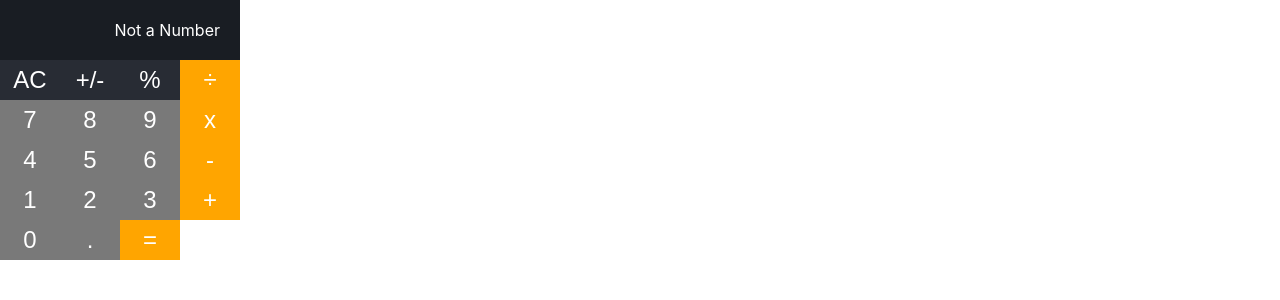
Repository: catsarenotreal/CalculatorWebApp
Page: /
An editor plug-in stored every save of this project. The page is shown before and after the next save, followed by the edit.
The browser window is 1280 px wide. The pictures show the whole page.
The project was rebuilt for these pictures with package versions that can differ from the ones it lists, and the page was loaded fresh each time.

Above is the page before, as saved 2024-08-23 15:57:01.

After the next save:
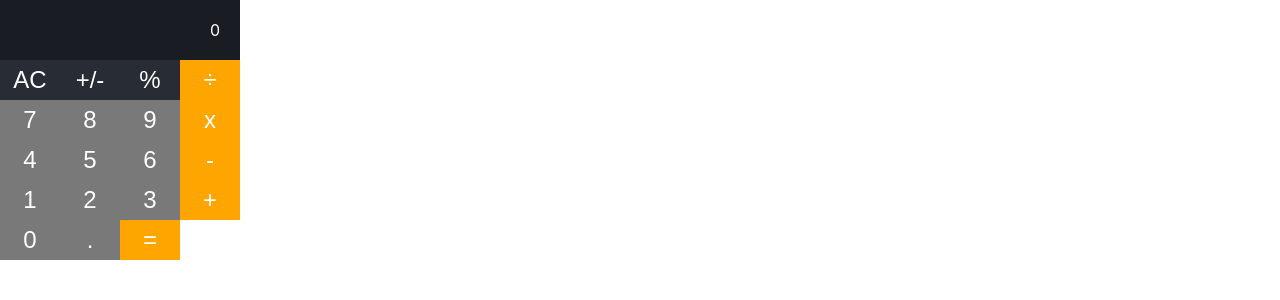
Saved 2 min 16 s later.
--- a/src/App.tsx
+++ b/src/App.tsx
@@ -114,7 +114,7 @@
   return (
     <main>
       <div className = "row">
-        <div className= "DisplayScreen">{`${(display|0) || 'Not a Number'}`}</div>
+        <div className= "DisplayScreen">{`${(display) ?? 'Not a Number'}`}</div>
       </div>
       <div className = "row">
         <Buttons val={'AC'} colour = 'darkgrey' setDisplay = {setDisplay} />

After the save that followed:
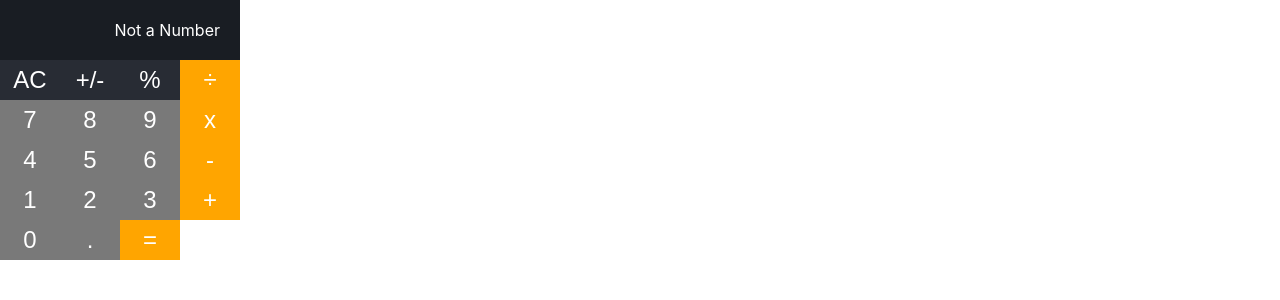
Saved 24 s later.
--- a/src/App.tsx
+++ b/src/App.tsx
@@ -114,7 +114,7 @@
   return (
     <main>
       <div className = "row">
-        <div className= "DisplayScreen">{`${(display) ?? 'Not a Number'}`}</div>
+        <div className= "DisplayScreen">{`${(display) || 'Not a Number'}`}</div>
       </div>
       <div className = "row">
         <Buttons val={'AC'} colour = 'darkgrey' setDisplay = {setDisplay} />
